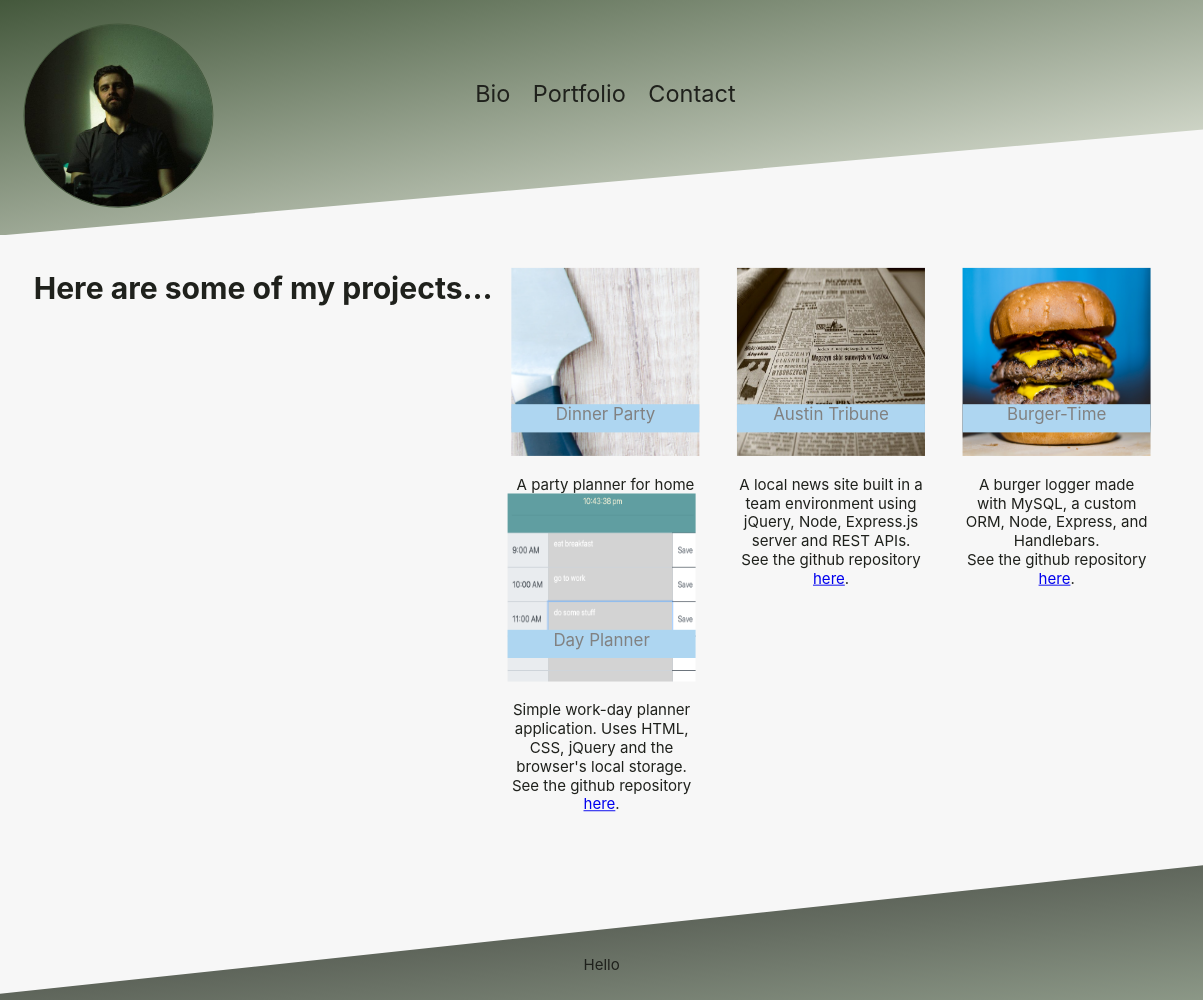
Repository: joeldelatte/react-portfolio
Page: /portfolio (app in client/)
The author's editor kept a copy of each file at every save. The page is drawn from the files as they stood at one save, then again after the next save.
The browser window is 1280 px wide. The pictures show the whole page, at 94% of full size.
The project was rebuilt for these pictures with package versions that can differ from the ones it lists, and the page was loaded fresh each time. Also part of the build but not shown: client/src/App.css, client/src/Components/Bio/Bio.js, client/src/Components/Contact/Contact.js.

Above is the page before, as saved 2020-07-12 14:27:12.

After the next save:
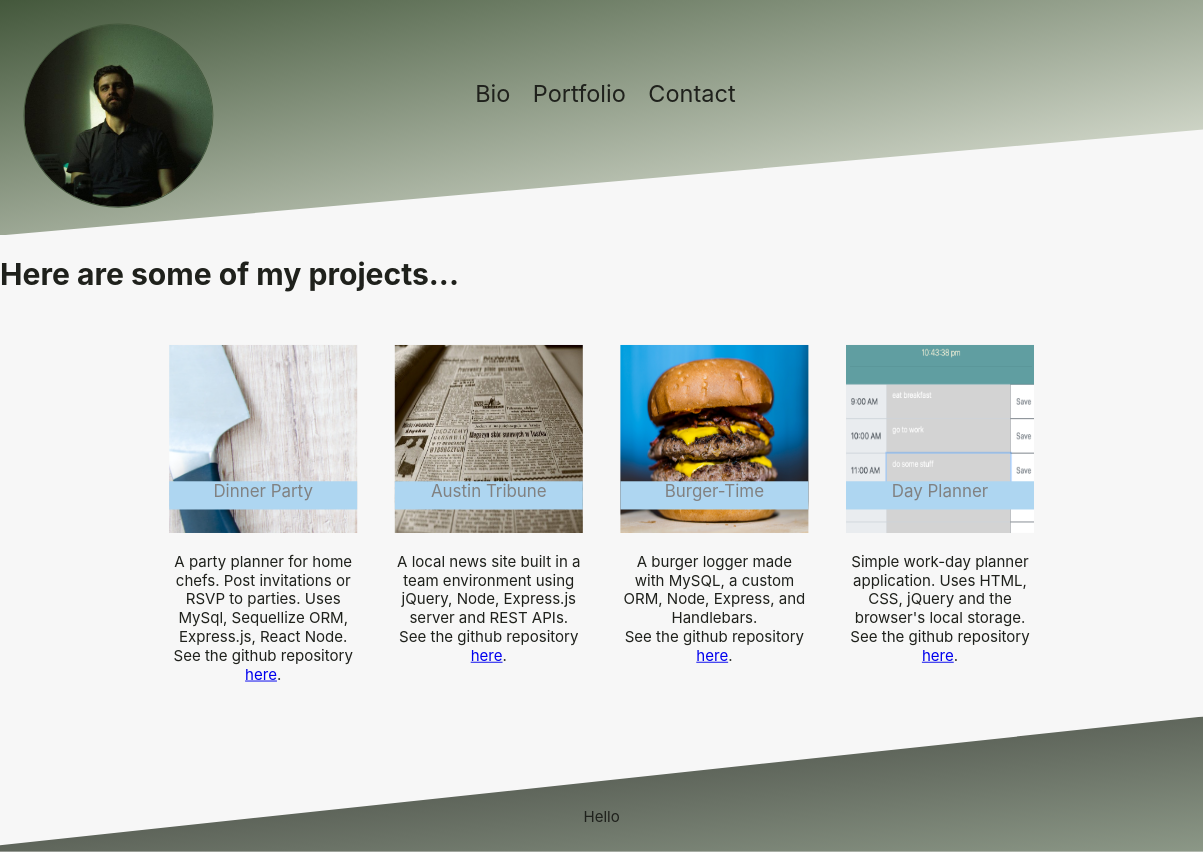
Saved 43 s later.
--- a/client/src/Components/Portfolio/Portfolio.js
+++ b/client/src/Components/Portfolio/Portfolio.js
@@ -11,9 +11,9 @@ export default function Portfolio() {
 
 
     return (
-      <div>
+      <div >
+        <h1>Here are some of my projects...</h1>
         <div className="portfolio">
-          <h1>Here are some of my projects...</h1>
           <div className="projectBox">
             <a
               href="https://rocky-meadow-16617.herokuapp.com/"
